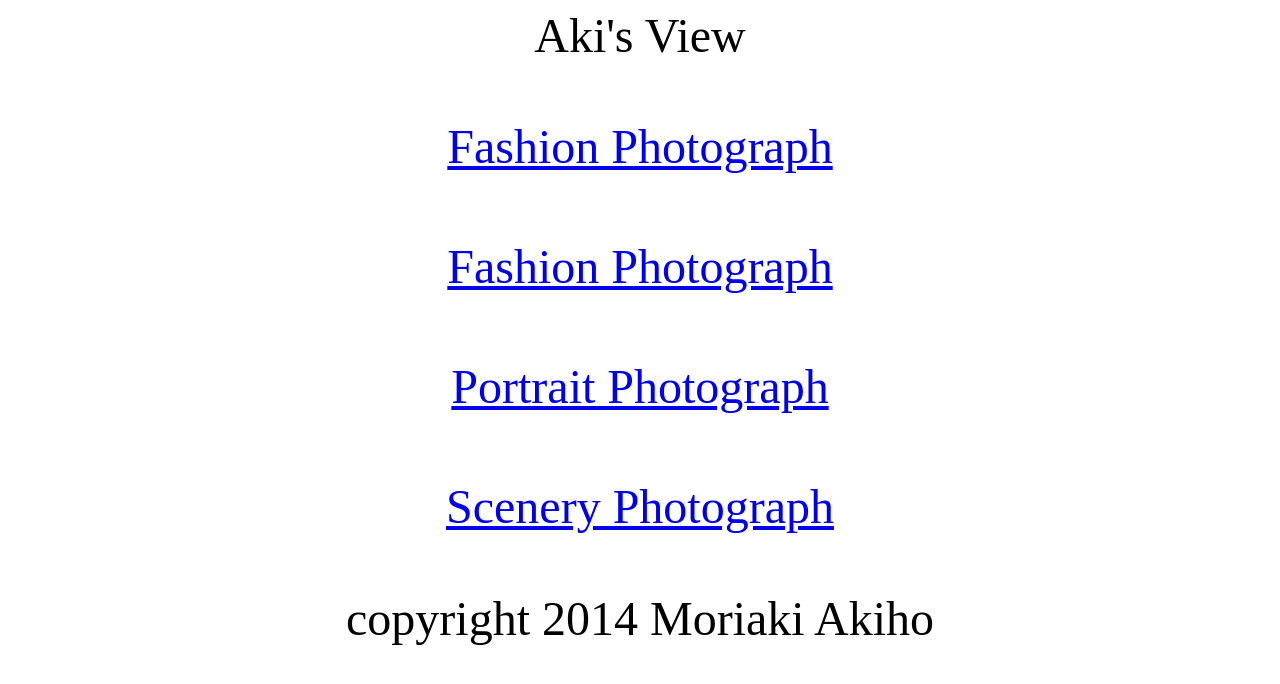
Repository: akihm683/akihm683.github.io
Page: index.html
The author's editor kept a record of every edit. The page is drawn from the files as they stood at one moment, then again after the next edit.
The browser window is 1280 px wide. The pictures show the whole page.

Above is the page before.
Not found: assets/css/style.css
Not found: style.css

After the next edit:
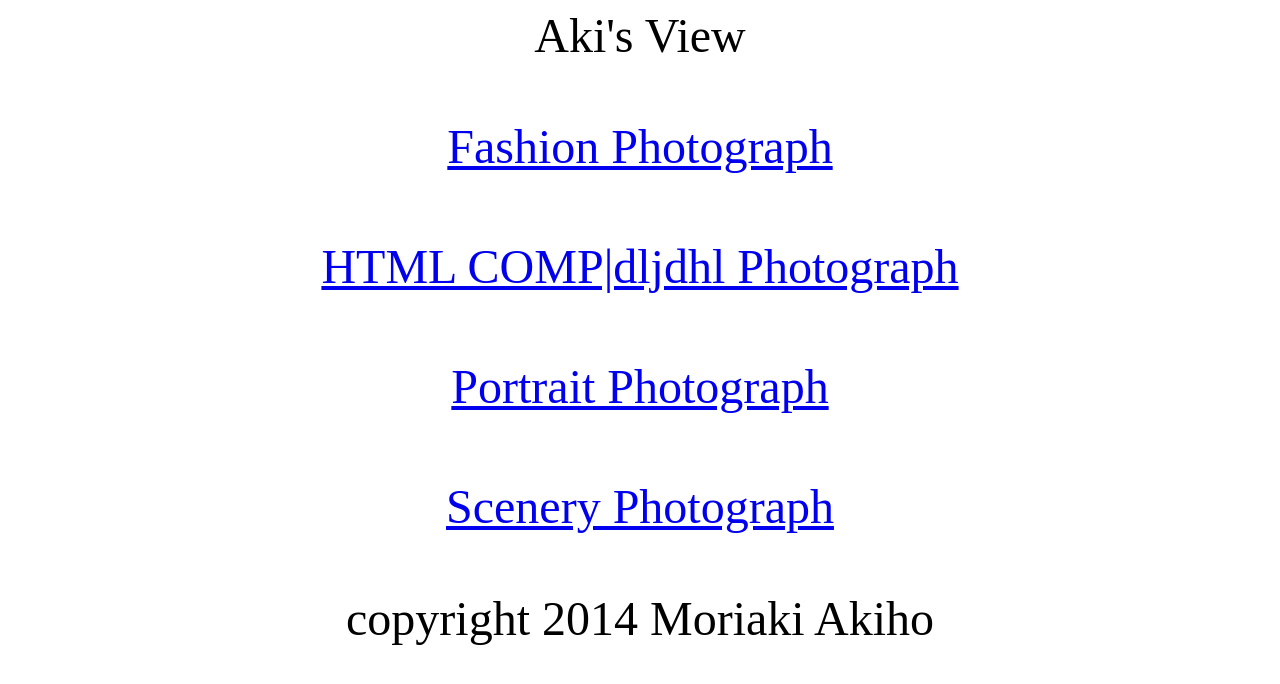
The edit:
--- a/index.html
+++ b/index.html
@@ -17,7 +17,7 @@
     <div class="one">
 
     <center><p><a href="http://titimoriaki.tumblr.com"> Fashion Photograph</a></p></center>
-    <center><p><a href="http://titimoriaki.tumblr.com"> Fashion Photograph</a></p/></center/>
+    <center><p><a href="htmlcomp1.html"> HTML COMP|dljdhl Photograph</a></p></center>
     <center><p><a href="http://titimoriaki.tumblr.com"> Portrait Photograph</a></p></center>
     <center><p><a href="http://titimoriaki.tumblr.com"> Scenery Photograph</a></p></center>
 
